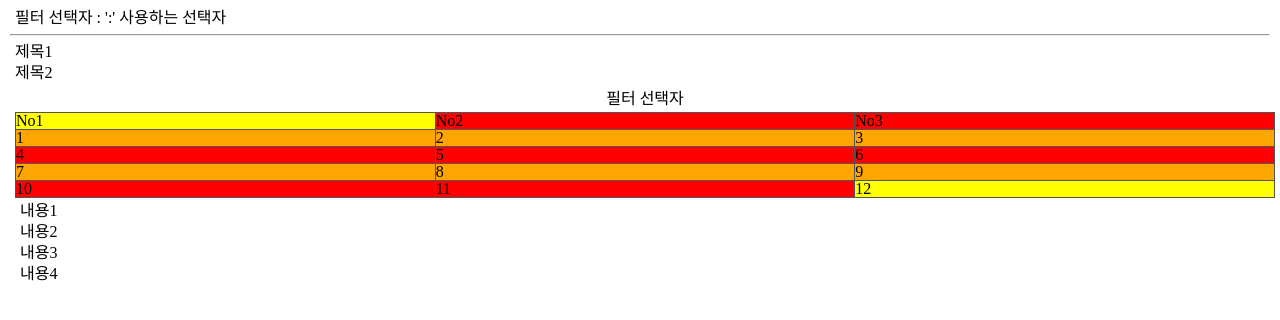
Repository: kimjoohye/study_WEB
Page: workspace/studyhtml5/WebContent/jq/jq01/jq03.html
These files come from the project's save history. The page is drawn as it stood at one moment and after the next save; the edit follows.
The browser window is 1280 px wide. The pictures show the whole page.

Above is the page before, as saved 2022-05-10 03:27:19.

After the next save:
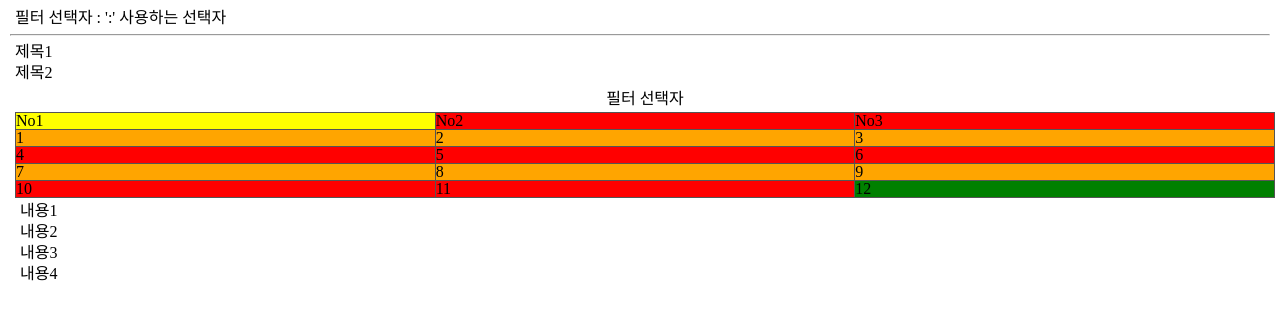
Saved 12 s later.
--- a/workspace/studyhtml5/WebContent/jq/jq01/jq03.html
+++ b/workspace/studyhtml5/WebContent/jq/jq01/jq03.html
@@ -32,7 +32,7 @@
        $("td:first").css('background', 'yellow');
 
        /* 마지막 td 선택 */
-       $("td:last").css('background', 'yellow');
+       $("td:last").css('background', 'green');
    });
 </script>
 </head>
